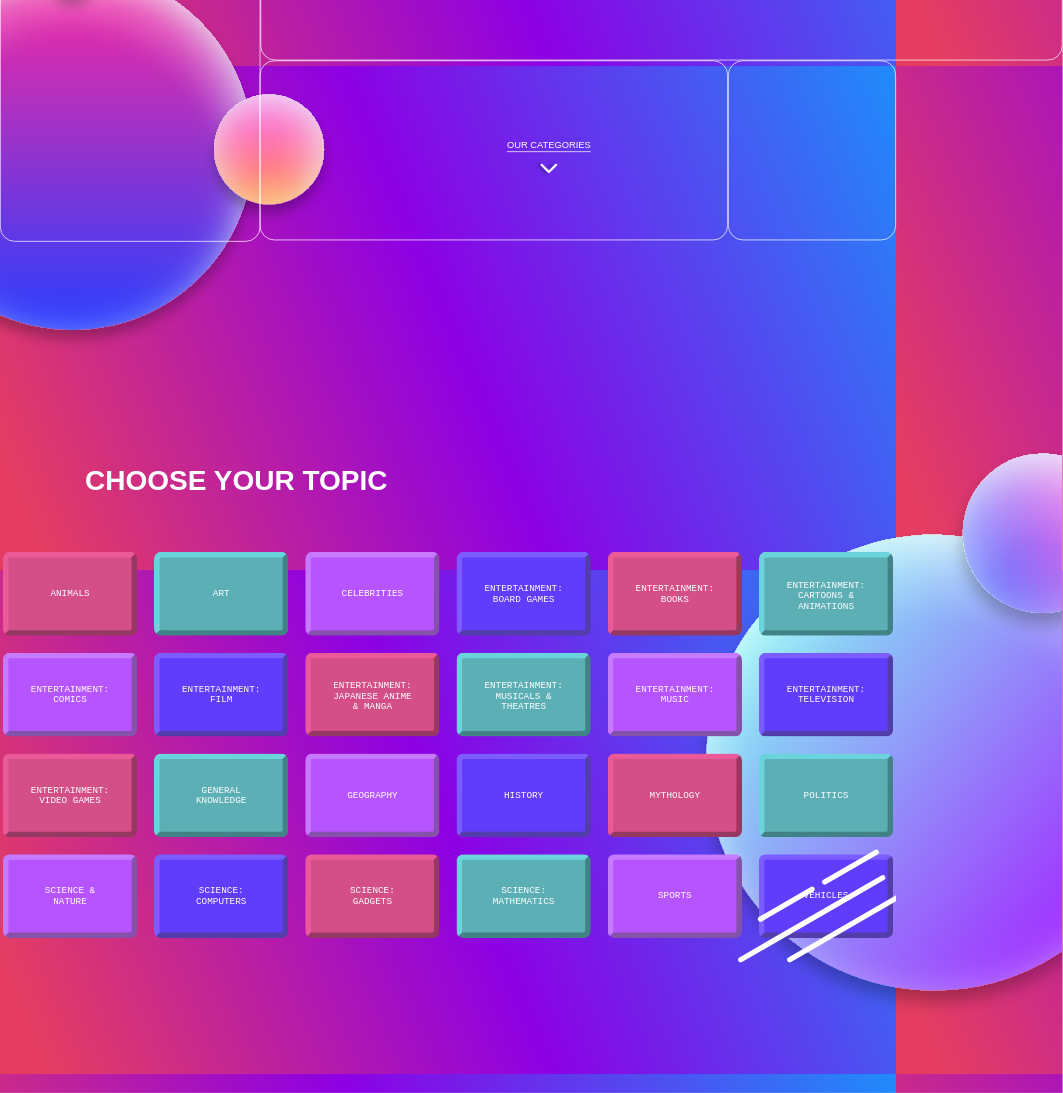
Repository: pjiang604/COMP-2170_Final-Project
Page: index.html
An editor plug-in stored every save of this project. The page is shown before and after the next save, followed by the edit.
The browser window is 1280 px wide. The page is 1518 px wide, so the pictures cover 1518 px, including what lies to the right of the window. The pictures show the part of the page from y = 626 to 2266 px (the page is 2187 px tall before and 2266 px after), at 70% of full size.
Backgrounds fixed to the window are drawn as part of the page.

Above is the page before, as saved 2023-04-30 14:01:12.

After the next save:
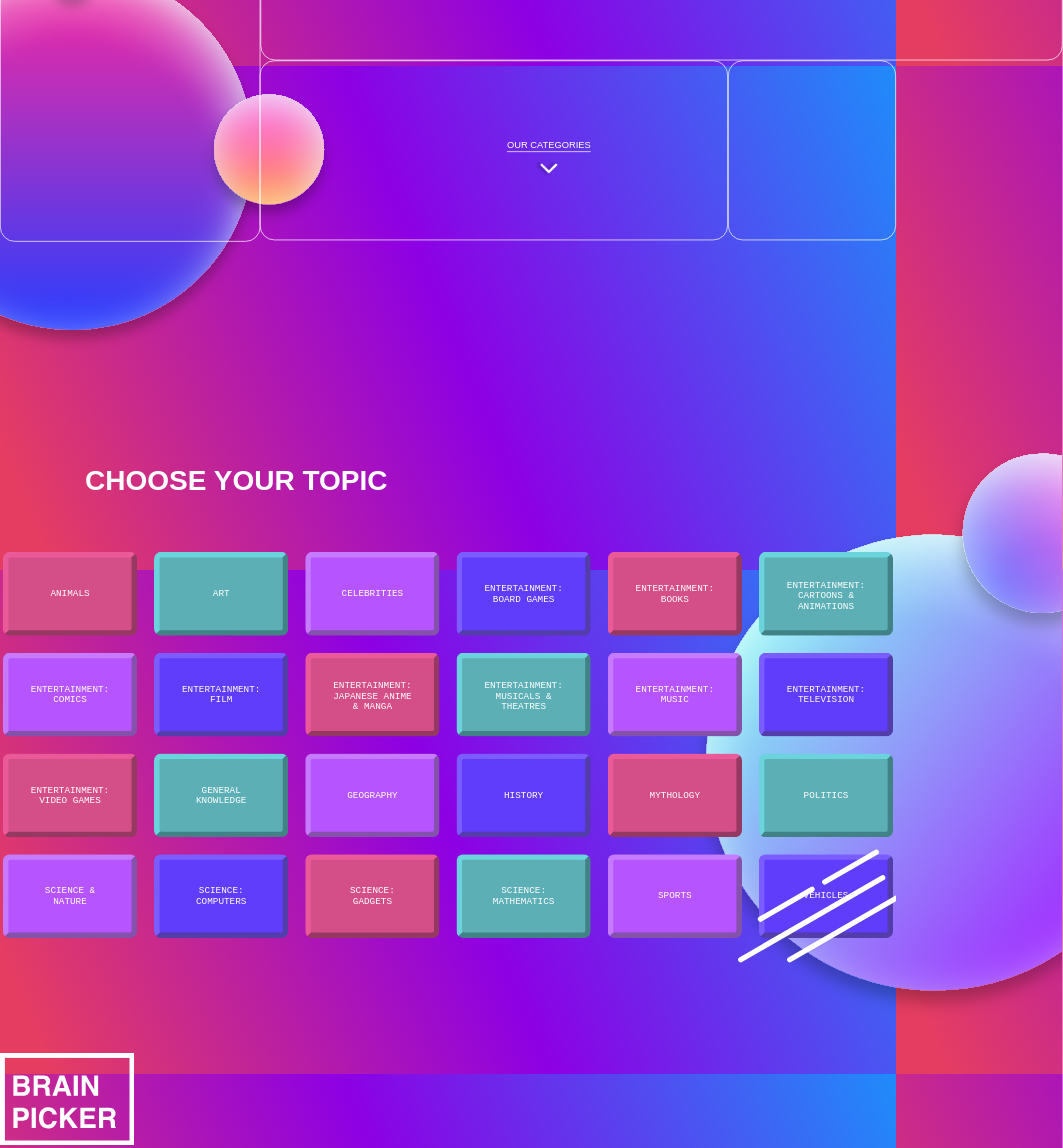
Saved 42 s later.
--- a/index.html
+++ b/index.html
@@ -89,7 +89,7 @@
   </body>
   <footer>
     <div class="footer_container">
-
+      <img class="brain_picker_logo" src="/Assets/logo/brain_picker_logo.svg" alt="">
     </div>
   </footer>
 </html>
